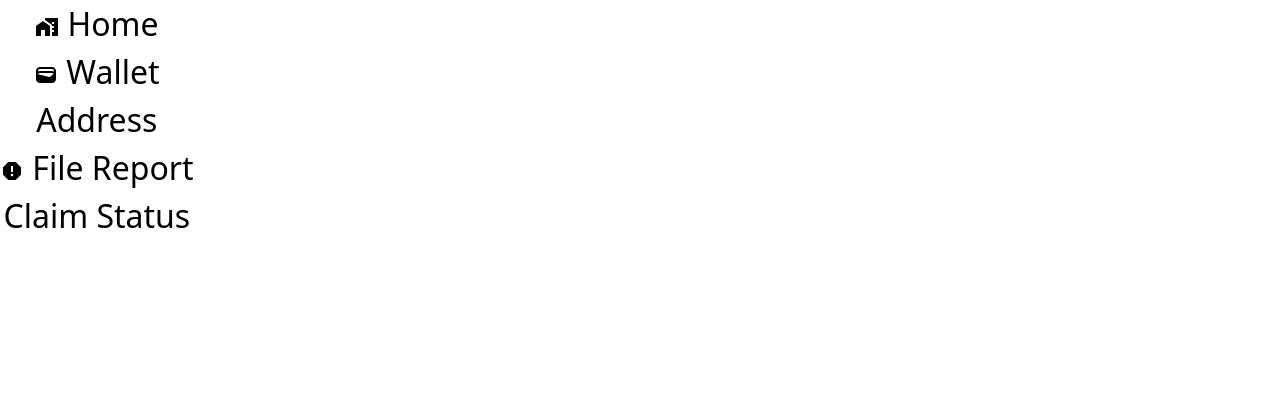
Repository: ALVIN-OBONYO/Xela-smart_insuarance
Page: /policy (app in frontend/), after clicking the first element matching `div.App > div`
An editor plug-in stored every save of this project. The page is shown before and after the next save, followed by the edit.
The browser window is 1280 px wide. The pictures show the whole page.
The project was rebuilt for these pictures with package versions that can differ from the ones it lists, and the page was loaded fresh each time. Also part of the build but not shown: frontend/src/Services/Contract.js, frontend/src/Components/Cards.jsx, frontend/src/Pages/Entrypage.jsx, frontend/src/Components/Calendar.css, frontend/src/Components/Calendar.jsx, frontend/src/Components/Input.js, frontend/src/Components/Upload.css, frontend/src/Components/Upload.js and 4 more.

Above is the page before, as saved 2022-10-04 17:38:24.

### frontend/public/index.html
<!DOCTYPE html>
<html lang="en">
  <head>
    <meta charset="utf-8" />
    <link rel="icon" href="%PUBLIC_URL%/favicon.ico" />
    <meta name="viewport" content="width=device-width, initial-scale=1" />
    <meta name="theme-color" content="#000000" />
    <meta
      name="description"
      content="Web site created using create-react-app"
    />
    <link rel="apple-touch-icon" href="%PUBLIC_URL%/logo192.png" />
    <!--
      manifest.json provides metadata used when your web app is installed on a
      user's mobile device or desktop. See https://developers.google.com/web/fundamentals/web-app-manifest/
    -->
    <link rel="manifest" href="%PUBLIC_URL%/manifest.json" />
    <!--
      Notice the use of %PUBLIC_URL% in the tags above.
      It will be replaced with the URL of the `public` folder during the build.
      Only files inside the `public` folder can be referenced from the HTML.

      Unlike "/favicon.ico" or "favicon.ico", "%PUBLIC_URL%/favicon.ico" will
      work correctly both with client-side routing and a non-root public URL.
      Learn how to configure a non-root public URL by running `npm run build`.
    -->
    <title>React App</title>
  </head>
  <body>
    <noscript>You need to enable JavaScript to run this app.</noscript>
    <link
    href="https://unpkg.com/tailwindcss@^1.0/dist/tailwind.min.css"
    rel="stylesheet"
  />
  <script
    src="https://cdnjs.cloudflare.com/ajax/libs/web3/1.6.1/web3.min.js"
    integrity="sha512-5erpERW8MxcHDF7Xea9eBQPiRtxbse70pFcaHJuOhdEBQeAxGQjUwgJbuBDWve+xP/u5IoJbKjyJk50qCnMD7A=="
    crossorigin="anonymous"
    referrerpolicy="no-referrer"
  ></script>
    <div id="root"></div>
    <!--
      This HTML file is a template.
      If you open it directly in the browser, you will see an empty page.

      You can add webfonts, meta tags, or analytics to this file.
      The build step will place the bundled scripts into the <body> tag.

      To begin the development, run `npm start` or `yarn start`.
      To create a production bundle, use `npm run build` or `yarn build`.
    -->
  </body>
</html>

### frontend/src/index.js
import React from 'react';
import ReactDOM from 'react-dom/client';
import './index.css';
import App from './App';
import reportWebVitals from './reportWebVitals';
import { BrowserRouter } from 'react-router-dom';
const root = ReactDOM.createRoot(document.getElementById('root'));
root.render(
  <React.StrictMode>
     <BrowserRouter>
       <App />
    </BrowserRouter>
  </React.StrictMode>
);

// If you want to start measuring performance in your app, pass a function
// to log results (for example: reportWebVitals(console.log))
// or send to an analytics endpoint. Learn more: https://bit.ly/CRA-vitals
reportWebVitals();

### frontend/src/App.jsx
import './App.css';
import RoutePages from './Components/RoutePages';

function App() {
  return (
    <div className="App">
      <RoutePages/>
    </div>
  );
}

export default App;

### frontend/src/Components/RoutePages.jsx
import React from 'react'
import { Routes, Route} from 'react-router-dom'
import EntryPage from '../Pages/Entrypage'
import PolicyMaker from '../Pages/Policies'
import ReportForm from '../Pages/ReportForm'
import Report from '../Pages/Report'
import ReportInfo from '../Pages/ReportInfo'
import FormPagination from './FormPagination'
const RoutePages = () => {
    return (


   <Routes>

    <Route exact path="/" element={<EntryPage />} />
    <Route path="policy" element={<PolicyMaker />} />

    <Route path="report/2" element={<ReportForm/> } />
    <Route path="report/1" element={<ReportInfo />} />
    <Route path="report/*" element={<FormPagination />} />

   </Routes>


    )
}

export default RoutePages

### frontend/src/Pages/Policies.jsx
import AddHomeWorkIcon from '@mui/icons-material/HomeWork'
import WalletIcon from '@mui/icons-material/Wallet';
import ReportIcon from '@mui/icons-material/Report';
import { useState} from 'react'
import { truncateAddress } from '../Services/TruncateAddress'

const PolicyMaker = () => {
    const [myDash, setMyDash] = useState(false)

    const switchNav = () => {
        setMyDash(!myDash)
    }
    return (
        <div onClick={switchNav}>
        {myDash ? <nav className="nav-wallet">
            <ul>
                <li><AddHomeWorkIcon />      Home</li>
                <li><WalletIcon />           Wallet</li>
                <li>Address  {truncateAddress(window.localStorage.getItem("userAddress"))}</li>
                <li><ReportIcon />           File Report</li>
                <li>Claim Status</li>
                </ul>
        </nav> : <AddHomeWorkIcon /> }

        </div>
    )
}

export default PolicyMaker

### frontend/src/Components/Navbar.css
nav {
    width: 100vw;
    display: flex;
    justify-content: flex-start;
    align-items: flex-start;
}

.brand {
    flex-grow: 1;
    text-align: start;
    padding-left: 2.9rem;
    margin-top: 0.6rem;
    font-size: 1.2rem;
}

.X {
    font-size: 2rem;

}
.nav-section {
    display: flex;
    flex-grow: 1;
    gap: 3em;
    font-size: 1.2rem;
    padding-right: 2em;
    justify-content: flex-start;
    align-items: center;
}
.top-descr  {
    margin-top: 0;
    padding: 1em;
    text-align: justify;
    font-size: 1.6rem;
    height: 45vh;

}


#descr {
    margin-top: 0.5rem;
    padding: 1em;
    text-align: justify;
    font-size: 1.4rem;

}

#top > h1 {
    font-size: 2.2rem;
    font-weight: 700;
    color: rgba(255, 255, 255, 0.952);
    margin-bottom: 0.4em;

}
header {
    background: rgb(2,0,36);
background: radial-gradient(circle, rgba(2,0,36,1) 0%, rgba(1,0,5,1) 20%, rgba(0,0,0,1) 35%, rgba(0,15,19,1) 64%, rgba(0,0,0,1) 100%);
    color: rgb(248, 248, 248);
}


#top-pg {

    font-size: 1.2rem;
    margin-bottom: 0.9rem;
}
#policy-sec {
    display: flex;
    gap: 0.8em;

}
input[type=text] {
    flex-grow: 1;
    height: 2.5em;
}
#btn-policy {
    background-color: rgb(0, 39, 90);
    flex-grow: 1;
    color: wheat;
    border: none;
    margin-top: 0.8em;
    border-radius: 5px;
    padding: 0.6rem;
    font-size: 1.4rem;
    font-weight: 500;

}
#buy-policy {
    width: 70vw;
    height: 2.5em;
    border: none;
    background-color: #008000;
    color:aliceblue;
    font-size: 0.9rem;
    border-radius: 15px;
}
#social-icons {
    display: flex;
    gap: 2em;

}
#land-footer {
    background: rgb(2,0,36);
    background: radial-gradient(circle, rgba(2,0,36,1) 0%, rgba(1,0,5,1) 20%, rgba(0,0,0,1) 35%, rgba(0,15,19,1) 64%, rgba(0,0,0,1) 100%);
    color: rgb(248, 248, 248);
    position: relative;
    padding: 1.2em  0.9em;
    font-size: 1.4rem;
    /* display: flex;
    justify-content: center;
    align-items: center; */
}

.news-mail {
    display: flex;
    background-color: rgb(220, 230, 255);
    color: rgb(0, 0, 0);
    flex-direction: row;
    flex-wrap: wrap;
    padding: 2em;
    max-width: 70vw;
    border-radius: 2em;
    margin: auto;

}

.news-mail > h2 {
    flex-grow: 1;
    font-size: 2rem;
}

.footer-service {
    display: flex;
    flex-direction: row;
    flex-wrap: wrap;
    gap: 2em;
    text-align: justify;
}

.footer-sect {
    font-size: 2rem;
    color:rgba(184, 184, 184, 0.918);
    flex-grow: 1;
}

.sect-bottom {
    margin-top: 1.3rem;
    font-size: 1.4rem;
    color:rgb(220, 230, 255)
}
.navflex {
    display: flex;
    flex-direction: column;
    justify-content: center;
    align-items: center;
    gap: 2em;
    background-color: rgba(19, 20, 27, 0.918);
    color: white;
    width: 100vw;
    height: 100vh;
    right: 0;
    top: 0;
    position: absolute;
    text-transform: uppercase;
    /* animation-name: ${navanim}; */
}

.nav-wallet {
    width: 50vw;
    height: 50vh;
    font-size: 2rem;
}
@media screen and (max-width: 600px){
   .nav-section {

      display: none;
   }

   .footer-service {
    flex-direction: column;
    justify-content: center;
    align-items: center;
    text-align: center;
   }

   #social-icons {
    align-items: center;
    justify-content: center;
   }
}

@media screen and (min-width: 600px){
    .toogleNav {
        display: none;
        padding: 1.3em;
    }
}

### frontend/src/Services/TruncateAddress.js
export function truncateAddress(address) {
    if (!address) {
        return "";
    }
    return `${address.substr(0, 5)}...${address.substr(
        address.length - 5,
        address.length
      )}`;
}

Loaded but not shown: frontend/src/index.css (common file); frontend/src/reportWebVitals.js (common file); frontend/src/App.css (common file)

After the next save:
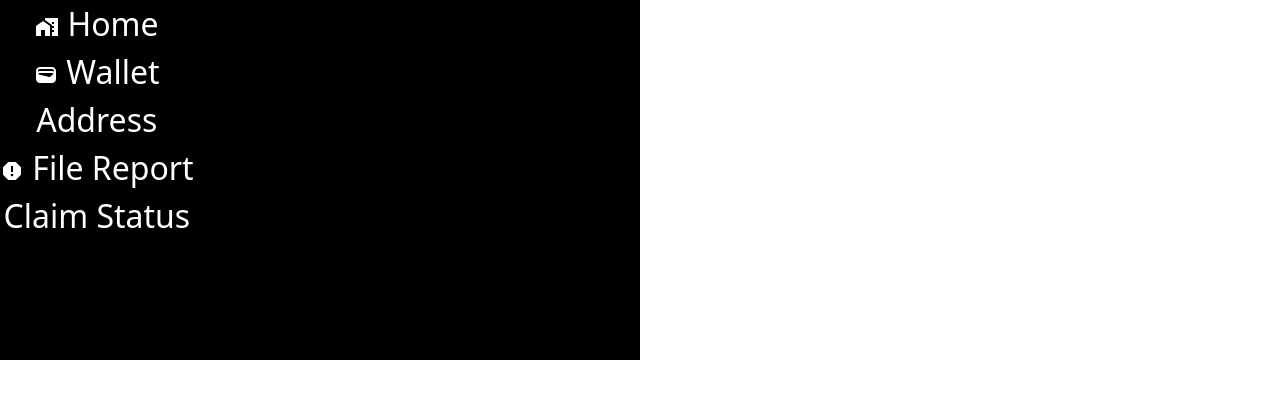
Saved 53 s later.
--- a/frontend/src/Components/Navbar.css
+++ b/frontend/src/Components/Navbar.css
@@ -168,6 +168,8 @@ input[type=text] {
     width: 50vw;
     height: 50vh;
     font-size: 2rem;
+    background-color: black;
+    color: white;
 }
 @media screen and (max-width: 600px){
    .nav-section {
